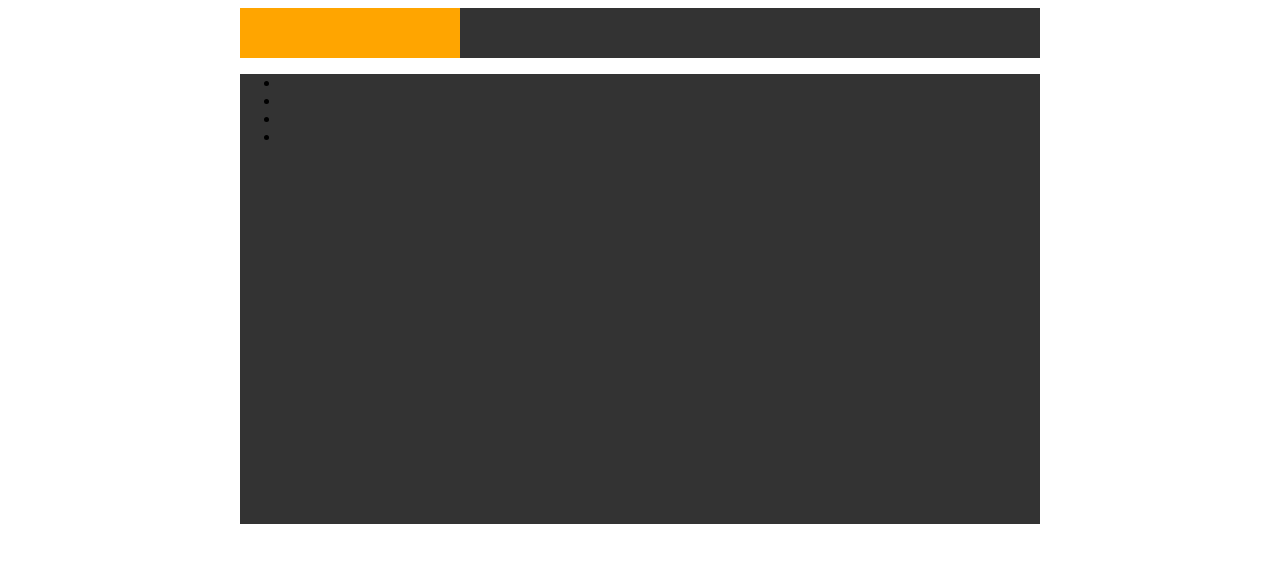
Repository: Tdaine/node
Page: css/code/floatWebLayout.html
The author's editor kept a copy of each file at every save. The page is drawn from the files as they stood at one save, then again after the next save.
The browser window is 1280 px wide. The pictures show the whole page.

Above is the page before, as saved 2021-04-28 15:29:45.

After the next save:
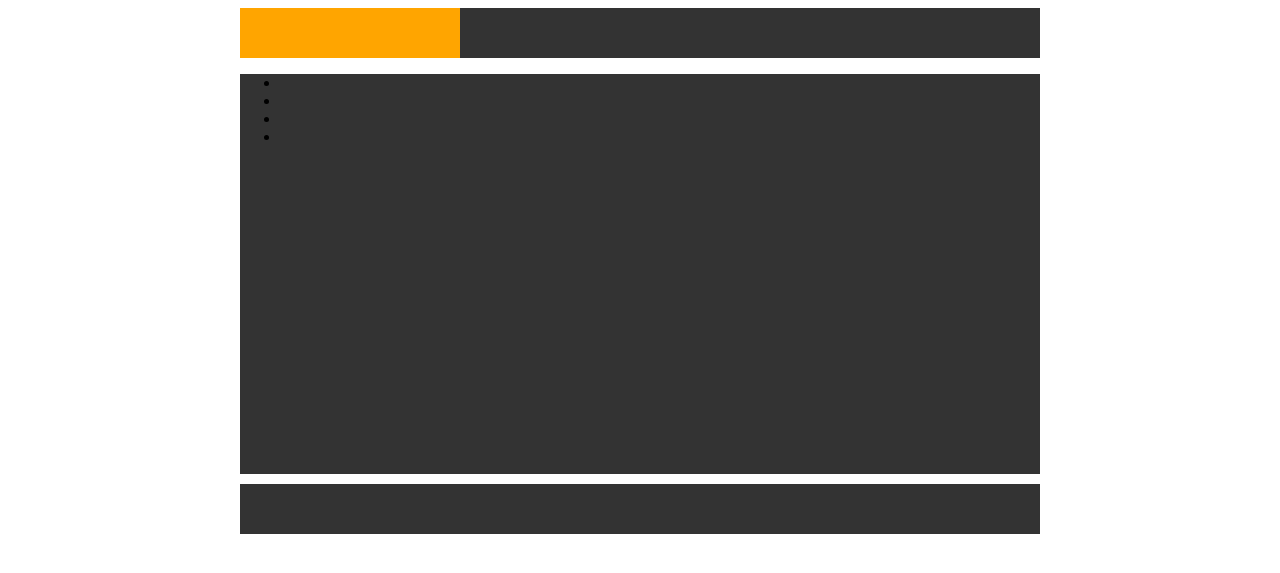
Saved 35 s later.
--- a/css/code/floatWebLayout.html
+++ b/css/code/floatWebLayout.html
@@ -15,7 +15,7 @@
     .content{
       width: 800px;
       height: 400px;
-      margin: 0 auto;
+      margin: 10px auto;
       background-color: #333;
     }
     footer{
